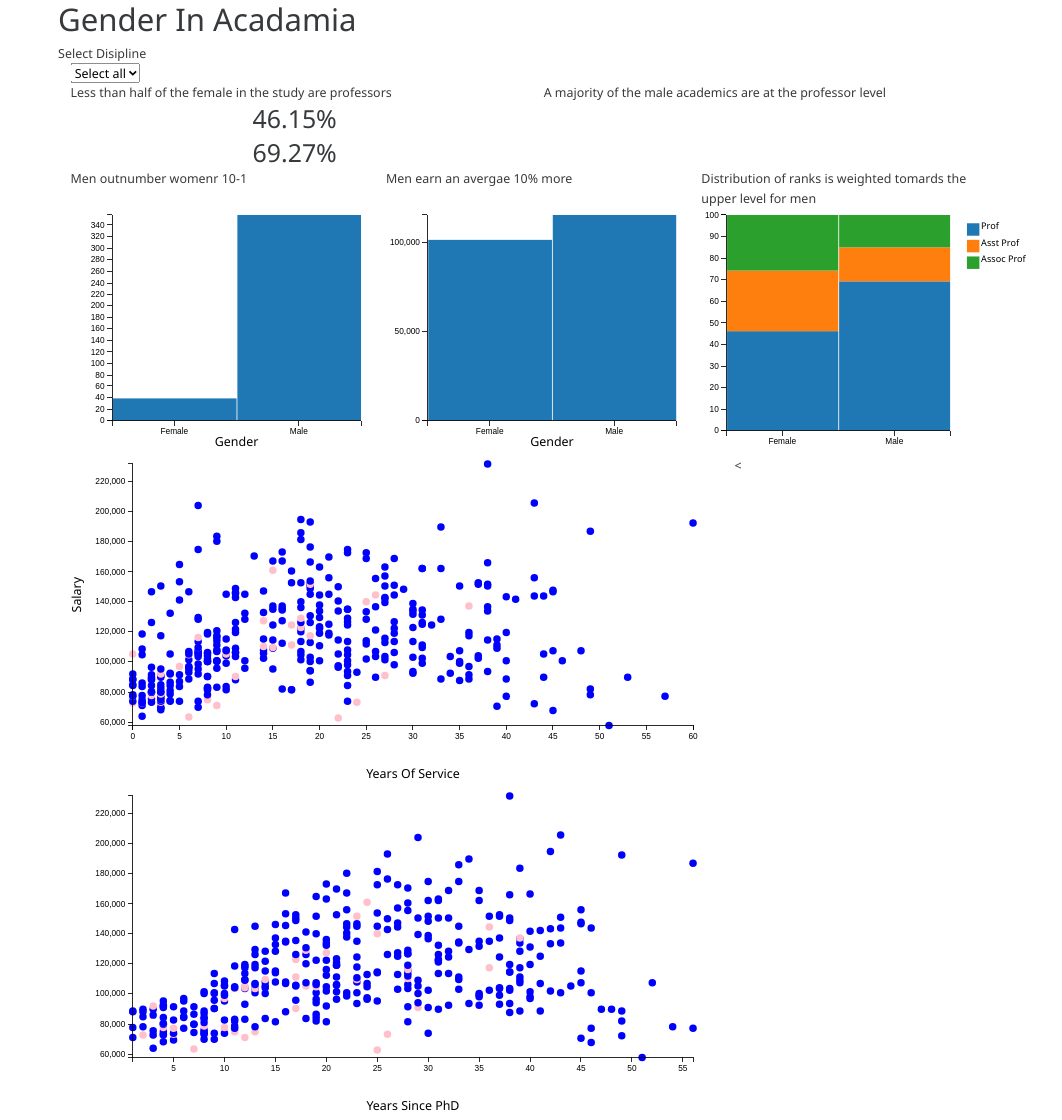
Repository: Angie55/dashboard-mini-project
Page: index.html
The author's editor kept a record of every edit. The page is drawn from the files as they stood at one moment, then again after the next edit.
The browser window is 1280 px wide. The pictures show the whole page, at 83% of full size.

Above is the page before.

After the next edit:
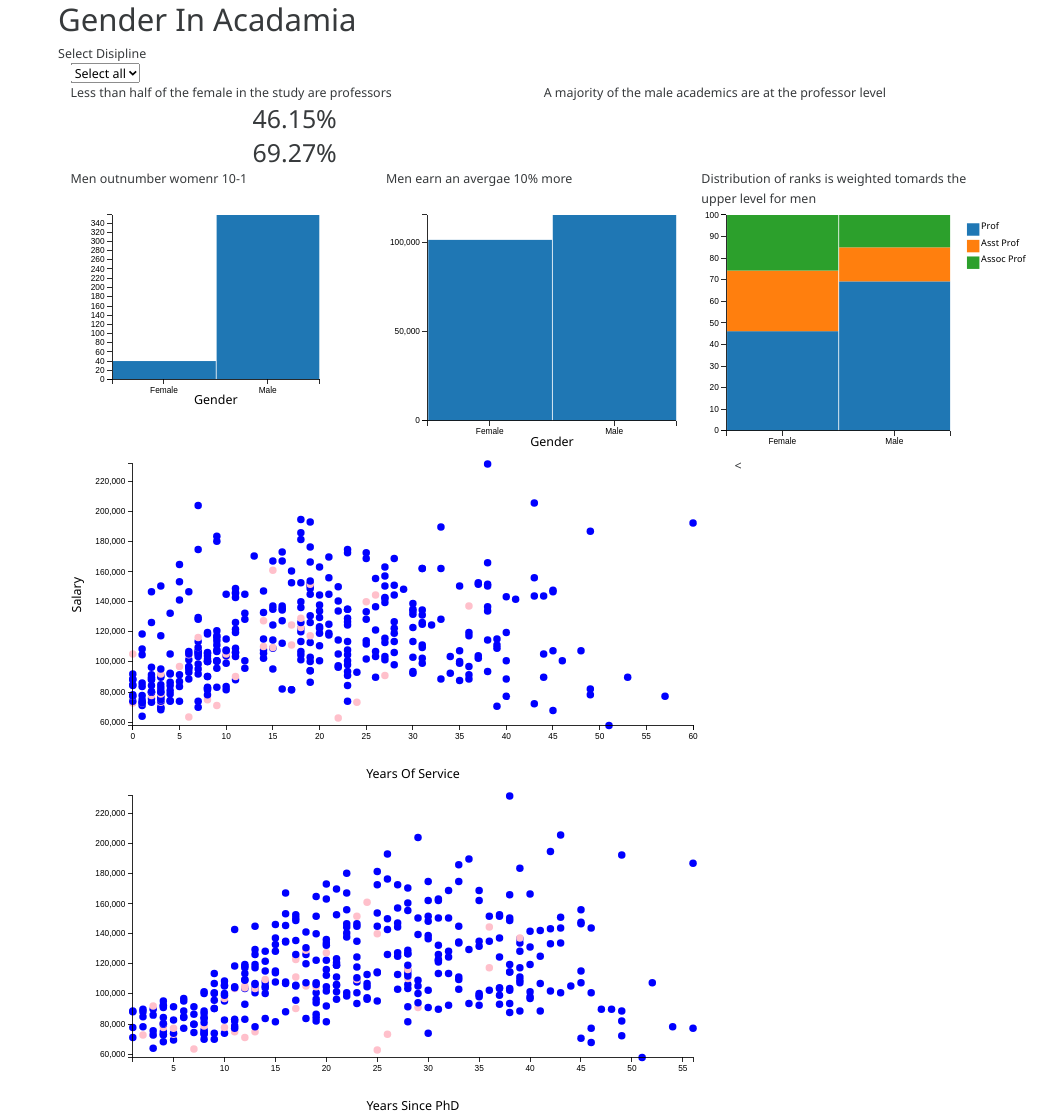
The edit:
--- a/static/js/graph.js
+++ b/static/js/graph.js
@@ -79,8 +79,8 @@
     var group = dim.group();
 
     dc.barChart('#gender-balance')
-    .width(400)
-    .height(300)
+    .width(350)
+    .height(250)
     .margins({top: 10, right: 50, bottom: 30, left: 50})
     .dimension(dim)
     .group(group)
